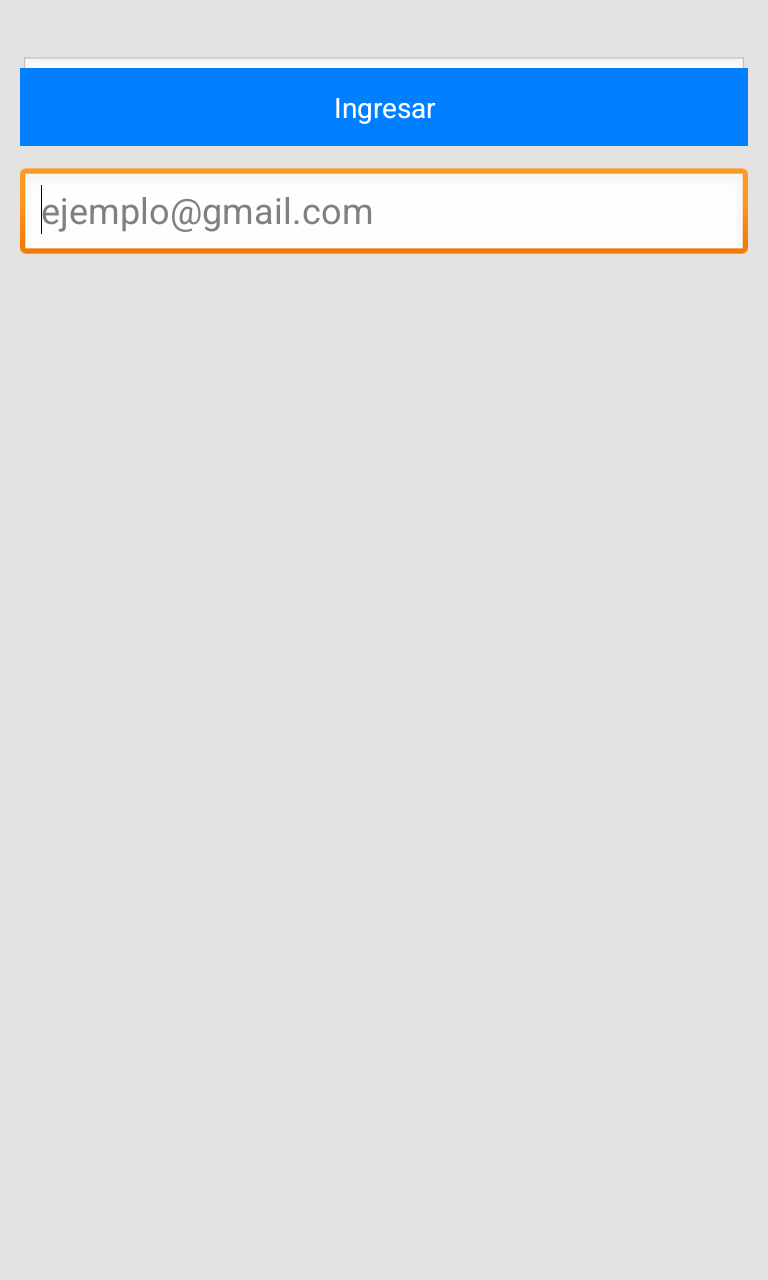
Repository: doapps/Android_Basico
Layout: Sesion01/res/layout/login_layout.xml
An editor plug-in stored every save of this project. The layout is shown before and after a run of saves, followed by the edit.
It is drawn on a 768 x 1280 px phone screen (xhdpi) without system bars, with theme android:Theme.Light; the app's code is not run.

Above is the layout before, as saved 2014-03-08 12:20:46.

### Sesion01/res/layout/login_layout.xml
<RelativeLayout xmlns:android="http://schemas.android.com/apk/res/android"
    xmlns:tools="http://schemas.android.com/tools"
    android:layout_width="match_parent"
    android:layout_height="match_parent"
    android:background="#E5E2E2"
    android:padding="10dp"
    tools:context=".Splash" >

    <TextView
        android:id="@+id/textView1"
        android:layout_width="wrap_content"
        android:layout_height="wrap_content"
        android:layout_alignParentTop="true"
        android:layout_centerHorizontal="true"
        android:layout_marginTop="26dp"
        android:text="Mi primera App"
        android:textAppearance="?android:attr/textAppearanceLarge" />

    <EditText
        android:id="@+id/txtUser"
        android:layout_width="match_parent"
        android:layout_height="wrap_content"
        android:layout_below="@+id/textView1"
        android:layout_centerHorizontal="true"
        android:layout_marginTop="18dp"
        android:ems="10"
        android:hint="ejemplo@gmail.com" >

        <requestFocus />
    </EditText>

    <EditText
        android:id="@+id/txtPass"
        android:layout_width="match_parent"
        android:layout_height="wrap_content"
        android:layout_alignLeft="@+id/editText1"
        android:layout_below="@+id/editText1"
        android:layout_marginTop="18dp"
        android:ems="10"
        android:hint="contraseña"
        android:inputType="textPassword" />

    <Button
        android:id="@+id/button1"
        android:layout_width="match_parent"
        android:layout_height="wrap_content"
        android:layout_below="@+id/editText2"
        android:layout_centerHorizontal="true"
        android:layout_marginTop="24dp"
        android:background="#0080FF"
        android:padding="10dp"
        android:text="Ingresar"
        android:textColor="#ffffff" />

</RelativeLayout>

After the next 2 saves:
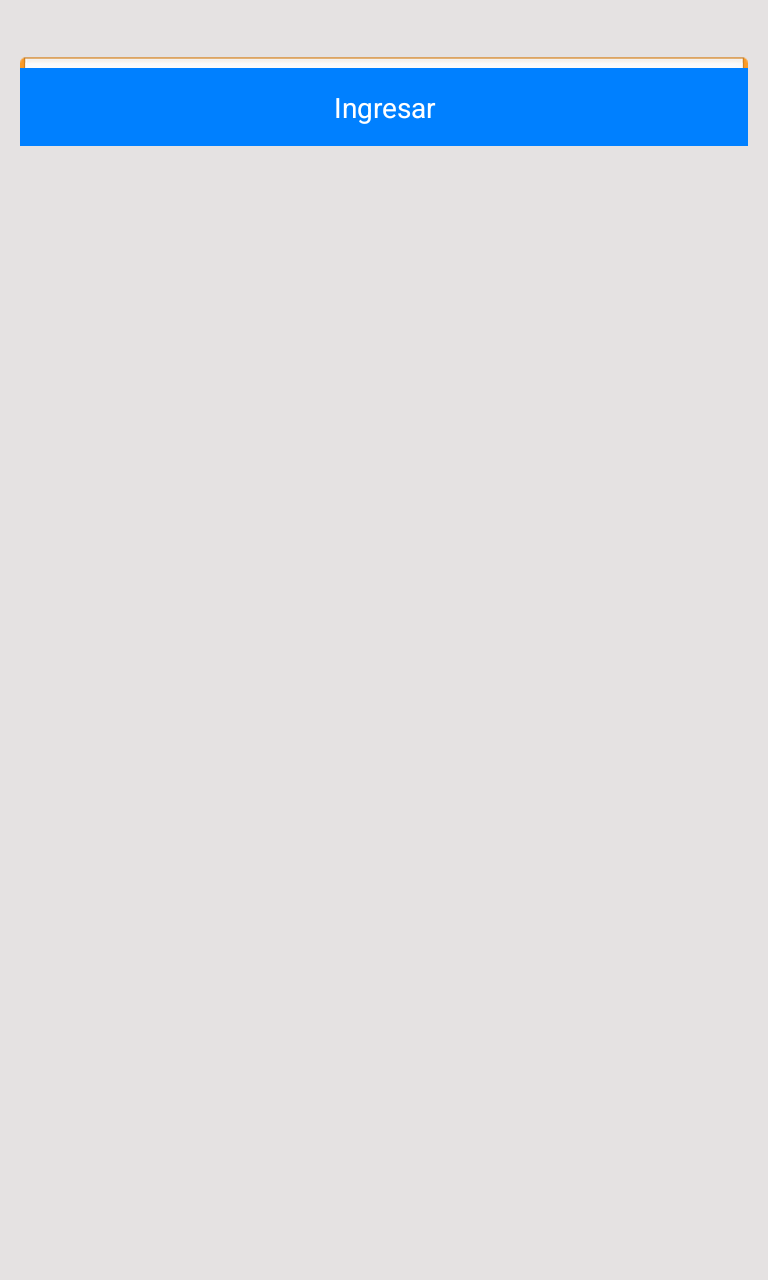
The 2 saves are shown as one change because 1 did not build or start.
The last was saved 89 s later.
--- a/Sesion01/res/layout/login_layout.xml
+++ b/Sesion01/res/layout/login_layout.xml
@@ -7,7 +7,7 @@
     tools:context=".Splash" >
 
     <TextView
-        android:id="@+id/textView1"
+        android:id="@+id/editUser"
         android:layout_width="wrap_content"
         android:layout_height="wrap_content"
         android:layout_alignParentTop="true"
@@ -29,8 +29,18 @@
         <requestFocus />
     </EditText>
 
+    <TextView
+        android:id="@+id/editUser"
+        android:layout_width="wrap_content"
+        android:layout_height="wrap_content"
+        android:layout_alignParentTop="true"
+        android:layout_centerHorizontal="true"
+        android:layout_marginTop="26dp"
+        android:text="Mi primera App"
+        android:textAppearance="?android:attr/textAppearanceLarge" />
+
     <EditText
-        android:id="@+id/txtPass"
+        android:id="@+id/editPass"
         android:layout_width="match_parent"
         android:layout_height="wrap_content"
         android:layout_alignLeft="@+id/editText1"
@@ -41,7 +51,7 @@
         android:inputType="textPassword" />
 
     <Button
-        android:id="@+id/button1"
+        android:id="@+id/btnLogin"
         android:layout_width="match_parent"
         android:layout_height="wrap_content"
         android:layout_below="@+id/editText2"
